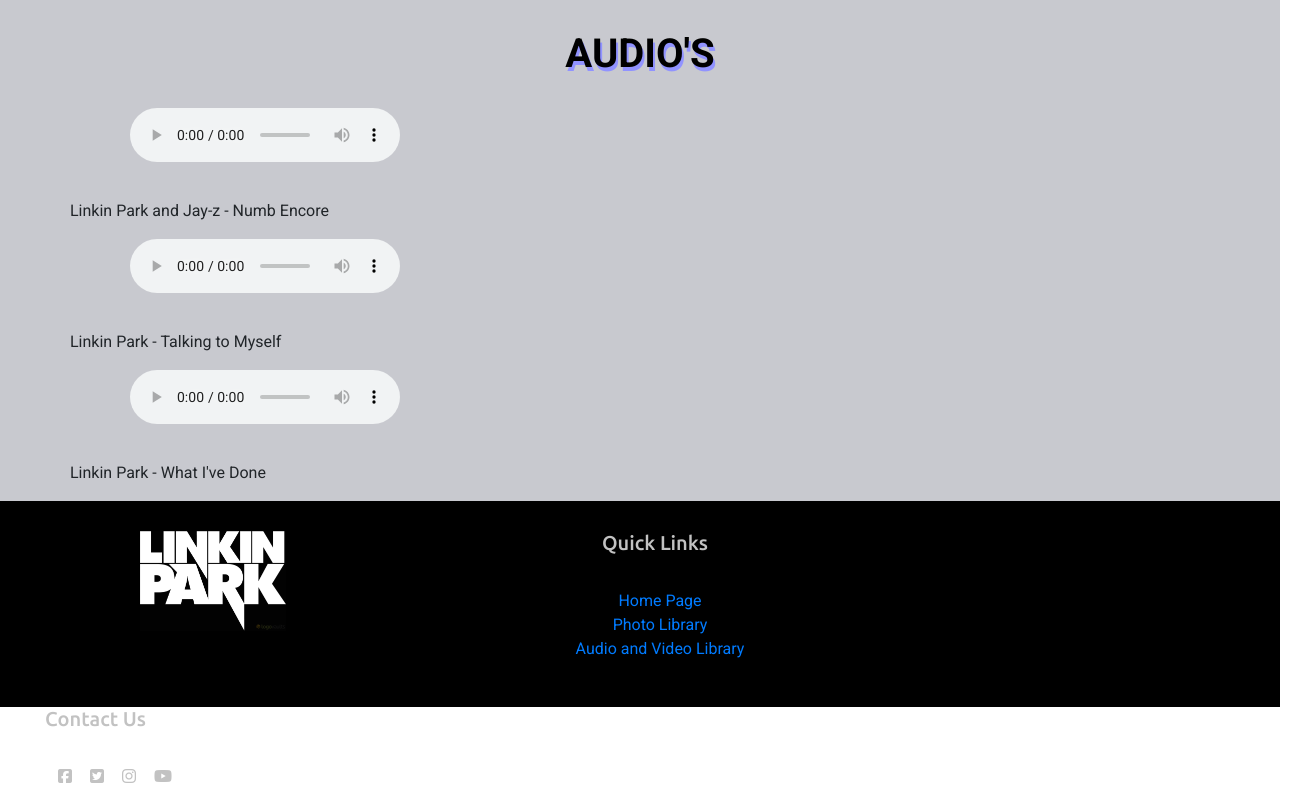
Repository: vaida898/website
Page: audio-video.html
The author's editor kept a record of every edit. The page is drawn from the files as they stood at one moment, then again after the next edit.
The browser window is 1280 px wide. The page is 1295 px wide, so the pictures cover 1295 px, including what lies to the right of the window. The pictures show the part of the page from y = 1471 to 2276 px (the page is 2276 px tall).
Some web libraries are served in a nearby version.

Above is the page before.
Console error: TypeError: Cannot read properties of undefined (reading 'fn')

After the next edit:
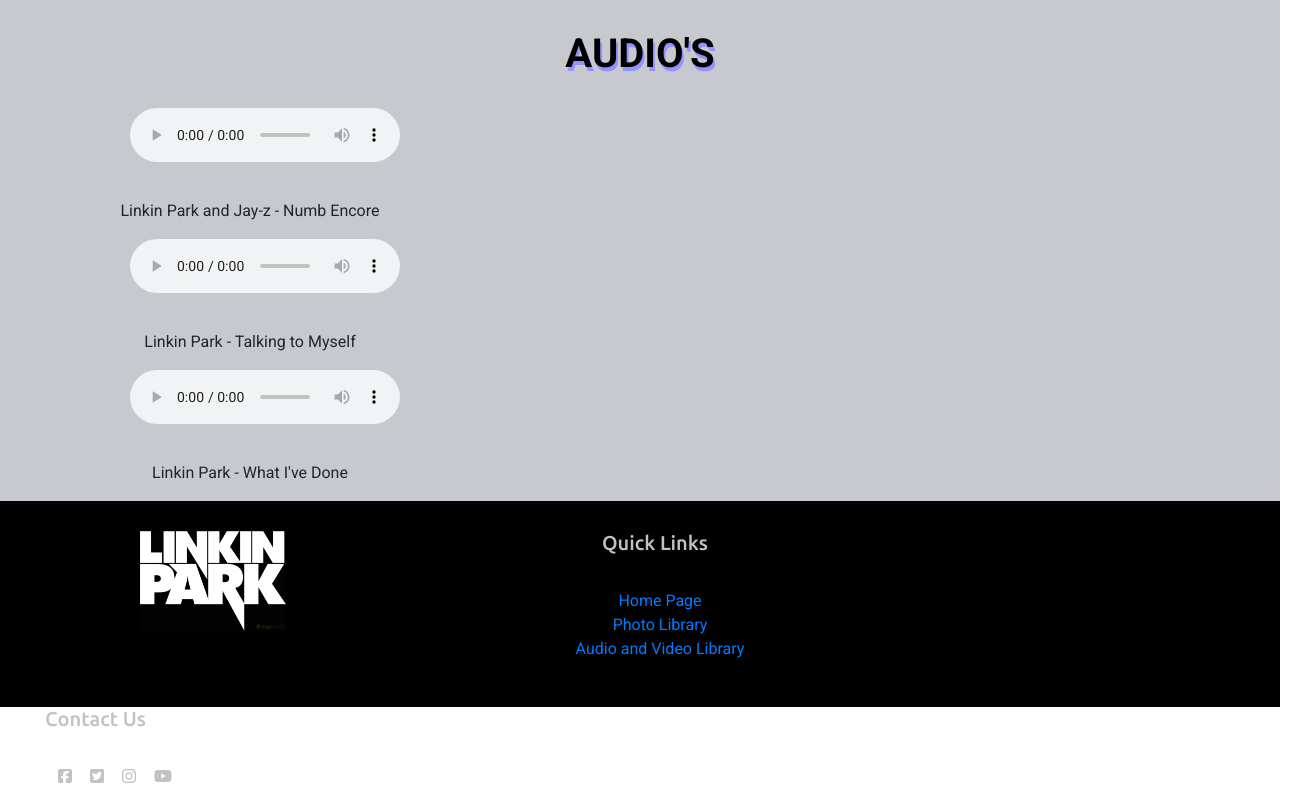
The edit:
--- a/audio-video.html
+++ b/audio-video.html
@@ -68,7 +68,7 @@
                 <div class="col-12 col-md-12 col-sm-12 col-xs-12">
                     <h1 class="text-uppercase text-center audios-header">Audio's</h1>
                 </div>
-                <div class="audio-controls">
+                <div class="audio-controls text-center">
                     <audio id="audio" controls>
                     <source src="./audio/NumbEncore.mp3" type="audio/mpeg">
                     <source src="./audio/NumbEncore.ogg" type="audio/ogg">

After the edit that followed:
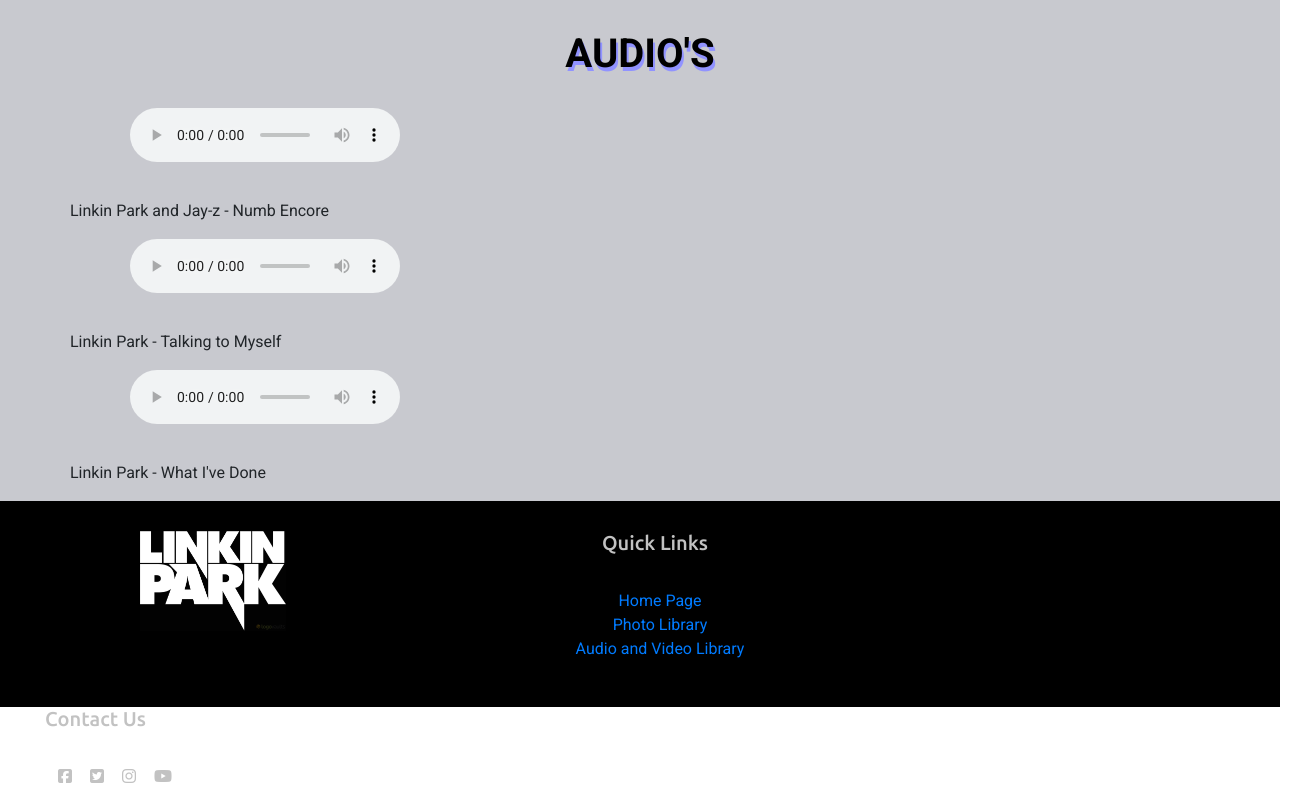
The edit:
--- a/audio-video.html
+++ b/audio-video.html
@@ -68,7 +68,7 @@
                 <div class="col-12 col-md-12 col-sm-12 col-xs-12">
                     <h1 class="text-uppercase text-center audios-header">Audio's</h1>
                 </div>
-                <div class="audio-controls text-center">
+                <div class="audio-controls">
                     <audio id="audio" controls>
                     <source src="./audio/NumbEncore.mp3" type="audio/mpeg">
                     <source src="./audio/NumbEncore.ogg" type="audio/ogg">
